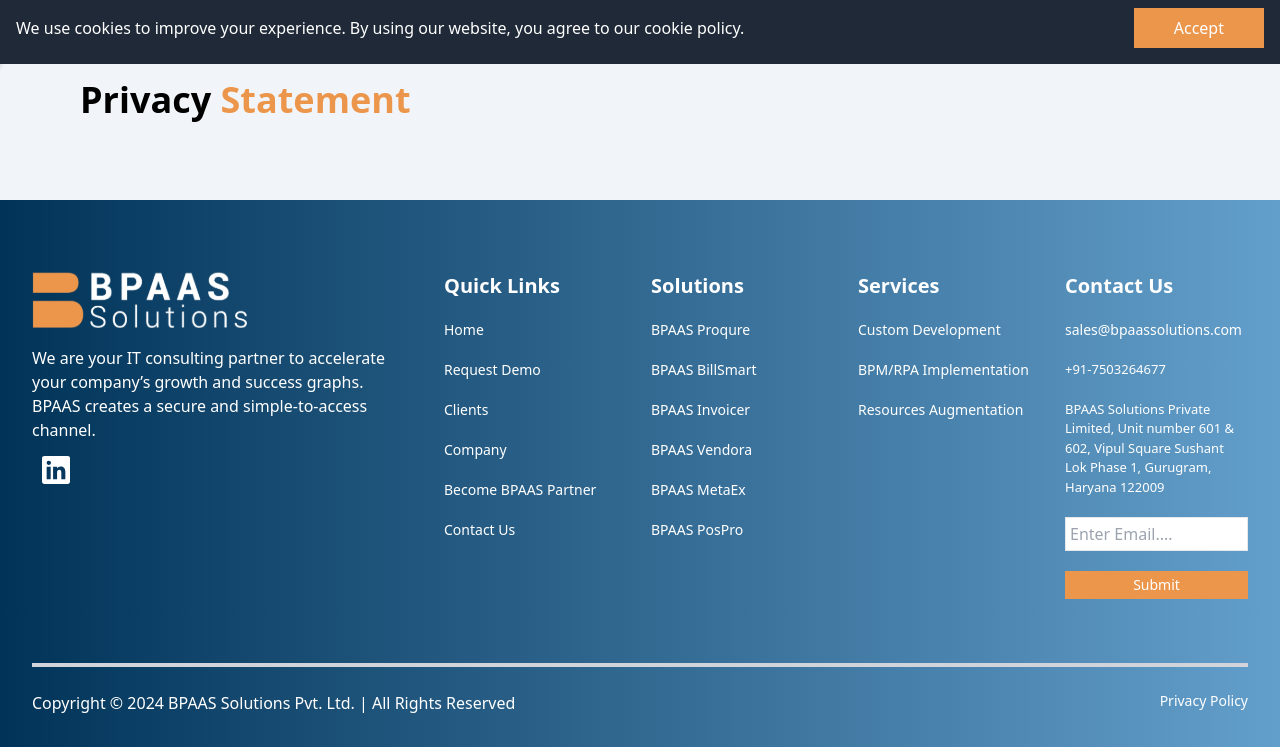
Repository: captainalpha/BP-Website
Page: /services/bp-services
An editor plug-in stored every save of this project. The page is shown before and after the next save, followed by the edit.
The browser window is 1280 px wide. The pictures show the part of the page from y = 656 to 1403 px (the page is 1403 px tall).
The project was rebuilt for these pictures with package versions that can differ from the ones it lists, and the page was loaded fresh each time. The framework's server and built-in components were replaced by stand-ins that run in the browser. Also part of the build but not shown: next.config.js, components/common/TopBanner.js, components/common/SectionHeader.js.

Above is the page before, as saved 2024-08-13 15:03:23.

### pages/_app.js
import Navbar from "../components/common/Navbar";
import "../styles/globals.css";
import Footer from "../components/common/Footer";

import "swiper/css";
import "swiper/css/navigation";
import "swiper/css/pagination";



import { motion, AnimatePresence } from "framer-motion";
import CookiesMain from "../components/common/CookiesMain";

// import styles from './slider.module.scss'
function MyApp({ Component, pageProps, router }) {
  const spring = {
    type: "spring",
    damping: 20,
    stiffness: 100,
    when: "afterChildren",
  };
  return (
    <>
      <div className="z-50 scroll-smooth">
        <Navbar />
      </div>
      <AnimatePresence>
        <div className="page-transition-wrapper">
          <motion.div
            transition={spring}
            key={router.pathname}
            initial={{ y: -300, opacity: 0 }}
            animate={{ y: 0, opacity: 1 }}
            exit={{ y: 300, opacity: 0 }}
            id="page-transition-container"
          >
            <Component {...pageProps} /> <Footer />{" "}
            <CookiesMain/>
          </motion.div>
        </div>
      </AnimatePresence>
    </>
  );
}

export default MyApp;

### pages/services/bp-services.js
import TopBanner from "../../components/common/TopBanner";
import SectionHeader from "../../components/common/SectionHeader";
import TopBanner2 from "../../components/common/TopBanner2";
import Image from "next/image";

function BpServices() {
  return (
    <div>
      <div className="relative">
        <TopBanner2
          image={"/images/policy-service2.jpg"}
          title="Privacy Policy"
          discription="This Privacy Policy explains how we collect, use, disclose, and safeguard your information when you visit our website."
          btnShow={false}
        />
        <div className="absolute top-[1em] right-[10em]">
          <Image
            src="/images/privacypolicy2.png"
            className="w-1/2 mx-auto"
            width="500"
            height="500"
            alt="customer-developement"
          />
        </div>
      </div>


      <div className=" bg-slate-100  p-[5em]">
        <div className="container mx-auto">
         <div className="text-left">
            <h1 className="lg:text-4xl text-3xl font-bold capitalize ">
                <span>Privacy</span>{' '}
                <span className="text-orange">Statement</span></h1>
         </div>
        </div>
      </div>
    </div>
  );
}

export default BpServices;

### styles/globals.css
@tailwind base;
@tailwind components;
@tailwind utilities;

.mySwiper {
  padding: 0 3rem;
}
.swiper-button-next {
  color: white;
  font-size: 20px !important;
}
.swiper-button-prev {
  color: white;
  font-size: 20px !important;
}
.swiper-button-prev:after {
  color: white;
  font-size: 20px !important;
}
.swiper-button-next:after {
  color: white;
  font-size: 20px !important;
}
.container-bpaas{
  max-width: 1100px;
}

/* .swiper-button-prev {

  background-image: url("data:[embedded picture, 251 characters]");
} */
.swiper-button-prev:after {

  border: 2px solid white;
  border-radius: 30%;
  /* width: 25%; */
  background: #ec964c;
  padding: 20%;
}
/* .swiper-button-next {
  background-image: url("data:[embedded picture, 251 characters]");
} */
.swiper-button-next:after {

  border: 2px solid white;
  border-radius: 30%;
  /* width: 25%; */
  background: #ec964c;
  padding: 20%;
}

@media only screen and (max-width: 600px) {
  .swiper-button-next:after {
    display: none;
  }
}
@media only screen and (max-width: 600px) {
  .swiper-button-prev:after {
    display: none;
  }
}




/*OEM Modal */
@layer utilities {
  @keyframes modalOpen {
    0% {
      clip-path: polygon(0 0, 0 0, 0 100%, 0 100%);
      opacity: 0;
    }
    100% {
      clip-path: polygon(0 0, 100% 0, 100% 100%, 0 100%);
      opacity: 1;
    }
  }

  @keyframes modalClose {
    0% {
      clip-path: polygon(0 0, 100% 0, 100% 100%, 0 100%);
      opacity: 1;
    }
    100% {
      clip-path: polygon(50% 0, 50% 0, 50% 100%, 50% 100%);
      opacity: 0;
    }
  }

  .animate-modalOpen {
    animation: modalOpen 0.5s forwards;
  }

  .animate-modalClose {
    animation: modalClose 0.5s forwards;
  }

  .custom-aspect-ratio {
    box-shadow: rgba(149, 157, 165, 0.2) 0px 8px 24px;
    aspect-ratio: 3 / 2;
  }
}

### components/common/Footer.js
import Image from "next/image";
import Link from "next/link";

export default function Footer() {
  return (
    <footer className=" bg-gradient-to-r from-primary to-secondary text-white p-5 md:p-8">
      <div className="  py-10 ">
        <div className="lg:grid lg:grid-cols-9 gap-5">
          <div className="w-full  lg:col-span-3">
            <div className=" space-y-3">
              <div className="">
                <Image
                  alt=""
                  src={require("../../assets/bpass-logo-white.svg")}
                />
              </div>

              <p className="max-w-sm mt-4 ">
                We are your IT consulting partner to accelerate your company’s
                growth and success graphs. BPAAS creates a secure and
                simple-to-access channel.
              </p>

              <div className="flex mt-4 ">
                <a
                  href="https://www.linkedin.com/company/bpaas-solutions-pvt-ltd/"
                  className="mx-2 "
                  aria-label="Linkden"
                >
                  <svg className="w-8 h-8 fill-current" viewBox="0 0 512 512">
                    <path d="M444.17,32H70.28C49.85,32,32,46.7,32,66.89V441.61C32,461.91,49.85,480,70.28,480H444.06C464.6,480,480,461.79,480,441.61V66.89C480.12,46.7,464.6,32,444.17,32ZM170.87,405.43H106.69V205.88h64.18ZM141,175.54h-.46c-20.54,0-33.84-15.29-33.84-34.43,0-19.49,13.65-34.42,34.65-34.42s33.85,14.82,34.31,34.42C175.65,160.25,162.35,175.54,141,175.54ZM405.43,405.43H341.25V296.32c0-26.14-9.34-44-32.56-44-17.74,0-28.24,12-32.91,23.69-1.75,4.2-2.22,9.92-2.22,15.76V405.43H209.38V205.88h64.18v27.77c9.34-13.3,23.93-32.44,57.88-32.44,42.13,0,74,27.77,74,87.64Z" />
                  </svg>
                </a>

                {/* <a href="/contact-us" className="mx-2 " aria-label="Facebook">
                  <svg className="w-4 h-4 fill-current" viewBox="0 0 512 512">
                    <path d="M455.27,32H56.73A24.74,24.74,0,0,0,32,56.73V455.27A24.74,24.74,0,0,0,56.73,480H256V304H202.45V240H256V189c0-57.86,40.13-89.36,91.82-89.36,24.73,0,51.33,1.86,57.51,2.68v60.43H364.15c-28.12,0-33.48,13.3-33.48,32.9V240h67l-8.75,64H330.67V480h124.6A24.74,24.74,0,0,0,480,455.27V56.73A24.74,24.74,0,0,0,455.27,32Z" />
                  </svg>
                </a>

                <a href="/contact-us" className="mx-2 " aria-label="Twitter">
                  <svg className="w-4 h-4 fill-current" viewBox="0 0 512 512">
                    <path d="M496,109.5a201.8,201.8,0,0,1-56.55,15.3,97.51,97.51,0,0,0,43.33-53.6,197.74,197.74,0,0,1-62.56,23.5A99.14,99.14,0,0,0,348.31,64c-54.42,0-98.46,43.4-98.46,96.9a93.21,93.21,0,0,0,2.54,22.1,280.7,280.7,0,0,1-203-101.3A95.69,95.69,0,0,0,36,130.4C36,164,53.53,193.7,80,211.1A97.5,97.5,0,0,1,35.22,199v1.2c0,47,34,86.1,79,95a100.76,100.76,0,0,1-25.94,3.4,94.38,94.38,0,0,1-18.51-1.8c12.51,38.5,48.92,66.5,92.05,67.3A199.59,199.59,0,0,1,39.5,405.6,203,203,0,0,1,16,404.2,278.68,278.68,0,0,0,166.74,448c181.36,0,280.44-147.7,280.44-275.8,0-4.2-.11-8.4-.31-12.5A198.48,198.48,0,0,0,496,109.5Z" />
                  </svg>
                </a> */}
              </div>
            </div>
          </div>

          <div className="mt-6 lg:mt-0 lg:flex-1 lg:col-span-6">
            <div className="grid grid-cols-2 gap-6 sm:grid-cols-3 md:grid-cols-4">
              <div className="space-y-5">
                <h3 className="text-xl font-bold ">Quick Links</h3>
                <Link passHref href="/">
                  <a className="block  text-sm  hover:underline hover:text-orange">
                    Home
                  </a>
                </Link>

                <Link passHref href="/request-demo">
                  <a className="block  text-sm  hover:underline hover:text-orange">
                    Request Demo
                  </a>
                </Link>
                <Link passHref href="/clients">
                  <a className="block  text-sm  hover:underline hover:text-orange">
                    Clients
                  </a>
                </Link>
                <Link passHref href="/about-us">
                  <a className="block  text-sm  hover:underline hover:text-orange">
                    Company
                  </a>
                </Link>
                <Link passHref href="/become-partner">
                  <a className="block  text-sm  hover:underline hover:text-orange">
                    Become BPAAS Partner
                  </a>
                </Link>
                <Link passHref href="/contact-us">
                  <a className="block  text-sm  hover:underline hover:text-orange">
                    Contact Us
                  </a>
                </Link>
              </div>

              <div className="space-y-5">
                <h3 className="text-xl font-bold">Solutions</h3>
                <Link passHref href="/solutions/bpaas-proqure">
                  <a className="block  text-sm  hover:underline hover:text-orange">
                    BPAAS Proqure
                  </a>
                </Link>
                <Link passHref href="/solutions/bpaas-billsmart">
                  <a className="block  text-sm  hover:underline hover:text-orange">
                    BPAAS BillSmart
                  </a>
                </Link>
                <Link passHref href="/solutions/bpaas-invoicer">
                  <a className="block  text-sm  hover:underline hover:text-orange">
                    BPAAS Invoicer
                  </a>
                </Link>
                <Link passHref href="/solutions/bpaas-vendora">
                  <a className="block  text-sm  hover:underline hover:text-orange">
                    BPAAS Vendora
                  </a>
                </Link>
                {/* <Link passHref href="/solutions/bpaas-smartex">
                  <a className="block  text-sm  hover:underline hover:text-orange">
                    BPAAS SmartEx
                  </a>
                </Link> */}
                <a
                  className="block  text-sm  hover:underline hover:text-orange"
                  href="https://metasolve.io/"
                  target="_blank"
                  rel="noreferrer"
                >
                  BPAAS MetaEx
                </a>
                <Link passHref href="/solutions/bpaas-pospro">
                  <a className="block  text-sm  hover:underline hover:text-orange">
                    BPAAS PosPro
                  </a>
                </Link>
              </div>

              <div className="space-y-5">
                <h3 className=" text-xl font-bold  ">Services</h3>

                <Link passHref href="/services/custom-development">
                  <a className="block  text-sm  hover:underline hover:text-orange">
                    Custom Development
                  </a>
                </Link>
                <Link passHref href="/services/bpm-rpa-implementation">
                  <a className="block  text-sm  hover:underline hover:text-orange">
                    BPM/RPA Implementation
                  </a>
                </Link>
                <Link passHref href="/services/resource-augmentation">
                  <a className="block  text-sm  hover:underline hover:text-orange">
                    Resources Augmentation
                  </a>
                </Link>
              </div>

              <div className="space-y-5">
                <h3 className=" text-xl font-bold ">Contact Us</h3>
                {/* <span className="block  text-sm  hover:underline hover:text-orange">
                  abhishek.kumar@bpaassolutions.com
                </span> */}
                <span className="block  text-sm  hover:underline hover:text-orange">
                  sales@bpaassolutions.com
                </span>
                <span className="block  text-[13px]  hover:underline hover:text-orange">
                  +91-7503264677
                </span>
                <span className="block  text-[13px]  hover:underline hover:text-orange">
                  BPAAS Solutions Private Limited, Unit number 601 & 602, Vipul
                  Square Sushant Lok Phase 1, Gurugram, Haryana 122009
                </span>
                <input
                  className="block p-1 outline-none border text-black w-full"
                  placeholder="Enter Email...."
                />
                <button className="text-sm bg-orange px-2 py-1 w-full">
                  Submit
                </button>
              </div>
            </div>
          </div>
        </div>
      </div>
      <hr className="h-1 w-full my-6 bg-gray-300 border-none " />

      <div className="flex justify-between">
        <div>
          <p className="text-center text-white">
            Copyright © 2024 BPAAS Solutions Pvt. Ltd. | All Rights Reserved
          </p>
        </div>
        <div>
          <Link passHref href="/services/bp-services">
            <a className="block  text-sm  hover:underline hover:text-orange">
            Privacy Policy
            </a>
          </Link>
        </div>
      </div>
    </footer>
  );
}

### components/common/CookiesMain.js
import { useState, useEffect } from 'react';
import Cookies from 'js-cookie';


const CookiesMain = () => {
    const [showBanner, setShowBanner] = useState(false);

  useEffect(() => {
    const consent = Cookies.get('cookie-consent');
    if (!consent) {
      setShowBanner(true);
    }
  }, []);

  const acceptCookies = () => {
    Cookies.set('cookie-consent', 'true', { expires: 365 });
    setShowBanner(false);
  };

  if (!showBanner) return null;
  return (
    <>

    <div className="fixed bottom-0 left-0 right-0 bg-gray-800 text-white p-4 flex justify-between items-center z-50">
      <span>We use cookies to improve your experience. By using our website, you agree to our cookie policy.</span>
      <button
        onClick={acceptCookies}
        className="bg-orange text-white px-4 md:px-10 py-2"
      >
        Accept
      </button>
    </div>

    </>
  )
}
export default CookiesMain

### components/common/TopBanner2.js
import Link from "next/link";
function TopBanner2({ image, title, discription, onClick,btnShow}) {
  return (
    <div
      style={{ backgroundImage: `url(${image})` }}
      className={`lg:h-[80vh] h-[60vh] mt-20 w-full text-white flex p-10 items-center bg-no-repeat bg-cover `}
    >
      <div className="space-y-4 lg:w-1/2  md:text-left">
        <h1 className="lg:text-5xl text-3xl font-bold capitalize ">{title}</h1>
        <p className="w-full lg:text-xl lg:text-justify tracking-tighter">
          {discription}
        </p>
    {btnShow&&(
        <Link passHref href="/request-demo">
          <button className="px-8 py-2  border-white border-2 hover:bg-orange font-medium text-xl">
            Request Demo
          </button>
        </Link>
    )}
      </div>
    </div>
  );
}

export default TopBanner2;

### tailwind.config.js
module.exports = {
  content: [
    "./pages/**/*.{js,ts,jsx,tsx}",
    "./components/**/*.{js,ts,jsx,tsx}",
  ],
  theme: {
    extend: {
      keyframes: {
        modalOpen: {
          '0%': { transform: 'scale(0)', opacity: 0 },
          '100%': { transform: 'scale(1)', opacity: 1 },
        },
        modalClose: {
          '0%': { transform: 'scale(1)', opacity: 1 },

        },
        fragmentIn: {
          '0%': { opacity: 0, transform: 'translate(-50px, -50px)' },
          '100%': { opacity: 1, transform: 'translate(0, 0)' },
        },
        fragmentOut: {
          '0%': { opacity: 1, transform: 'translate(0, 0)' },
          '100%': { opacity: 0, transform: 'translate(50px, 50px)' },
        },

      },
      animation: {
        modalOpen: 'modalOpen 0.5s ease-out forwards',
        modalClose: 'modalClose 0.5s ease-in forwards',
        fragmentIn: 'fragmentIn 0.5s ease-out forwards',
        fragmentOut: 'fragmentOut 0.5s ease-in forwards',
      },
      backgroundImage: {
        "testimonial-bg": "url('/img/hero-pattern.svg')",
        "testimonial-bgs": "url('/')",
      },
      colors: {
        primary: "#013358",
        secondary: "#639FCB",
        primaryText: "#1D669C",
        orange: "#EC964C",
        glassEffect:
          "linear-gradient(105.47deg, #FFFFFF -13.63%, rgba(255, 255, 255, 0) 108.8%)",
      },
      backgroundSize: {
        "size-200": "200% 200%",
      },
      backgroundPosition: {
        "pos-0": "0% 0%",
        "pos-100": "100% 100%",
      },
    },
    variants: {
      fill: ["hover", "focus"],
    },
    boxShadow: {
      "3xl": "0 35px 60px -15px rgba(0, 0, 0, 0.3)",
    },
  },
  plugins: [],
};

Loaded but not shown: components/common/Navbar.js (726 lines, source omitted)

After the next save:
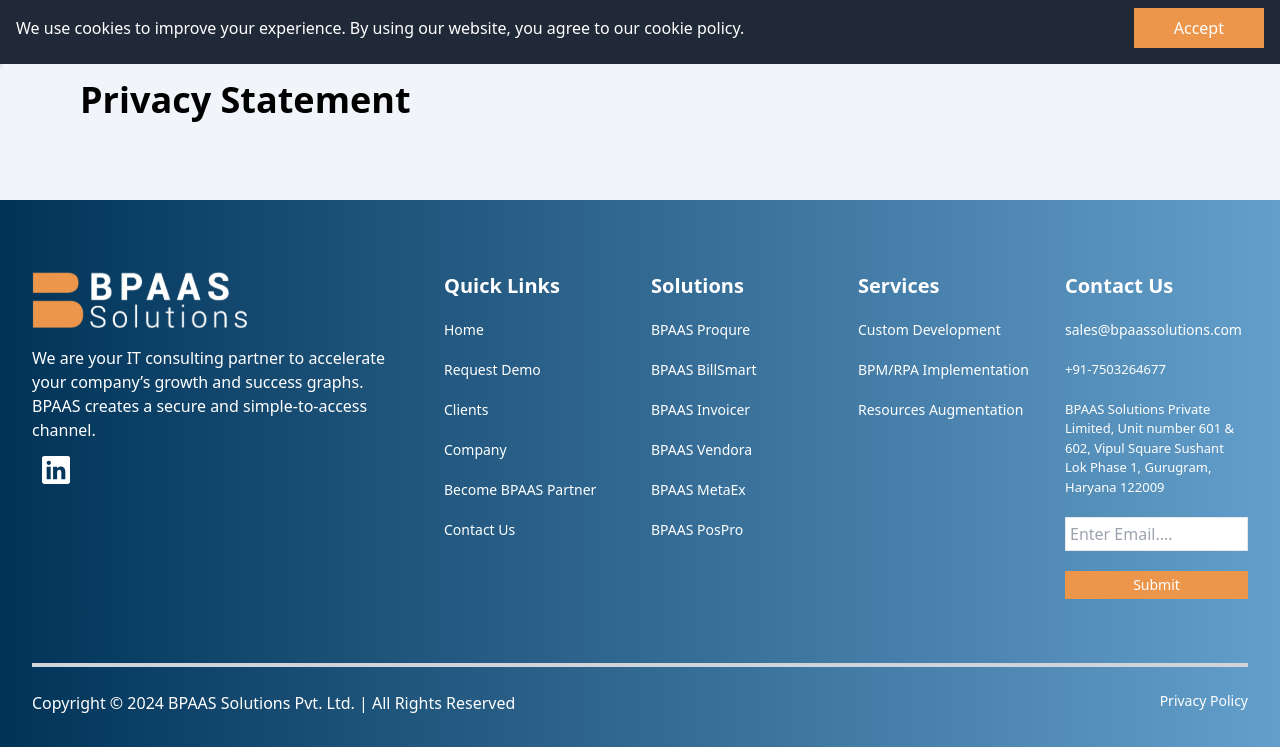
Saved 17 s later.
--- a/pages/services/bp-services.js
+++ b/pages/services/bp-services.js
@@ -30,7 +30,7 @@
          <div className="text-left">
             <h1 className="lg:text-4xl text-3xl font-bold capitalize ">
                 <span>Privacy</span>{' '}
-                <span className="text-orange">Statement</span></h1>
+                <span className="text-orange-500">Statement</span></h1>
          </div>
         </div>
       </div>
